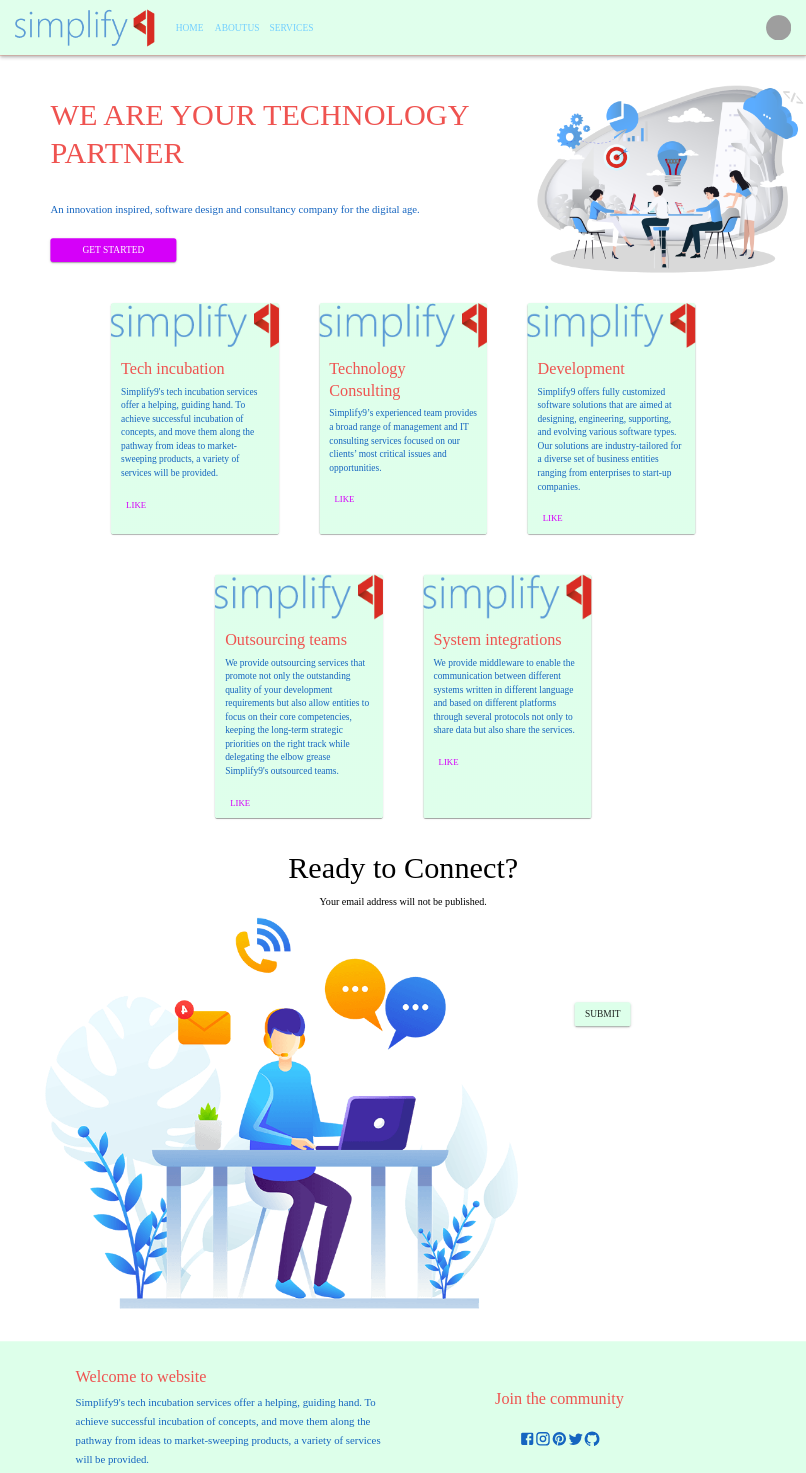
Repository: fawzi-shiyyab19/simplify
Page: /
An editor plug-in stored every save of this project. The page is shown before and after the next save, followed by the edit.
The browser window is 1280 px wide. The pictures show the whole page, at 63% of full size.
Pictures or frames that could not be fetched are drawn as grey boxes. The project was rebuilt for these pictures with package versions that can differ from the ones it lists, and the page was loaded fresh each time.

Above is the page before, as saved 2023-01-18 15:20:29.

After the next save:
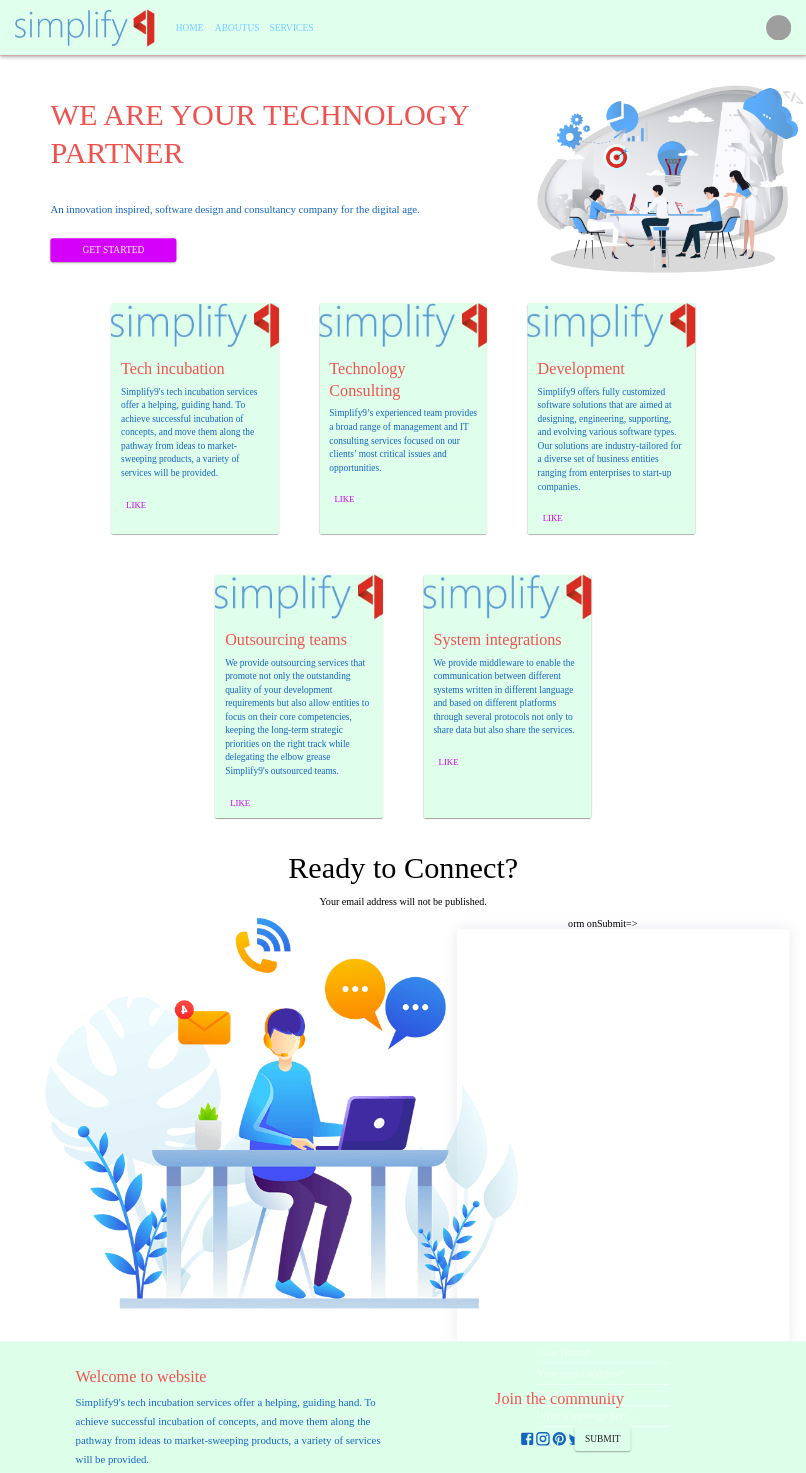
Saved 61 s later.
--- a/src/components/main/about/about.js
+++ b/src/components/main/about/about.js
@@ -60,7 +60,25 @@ function AboutProject() {
           <img src={Acontact} showLoading={true} />
         </Grid>
         <Grid item xs={5}>
+        orm onSubmit={formik.handleSubmit}>
+          <Box
 
+            width="100%"
+            height="100%"
+            boxShadow={"rgba(213, 213, 230, 0.55) 0px 0px 20px"}
+            borderRadius="5px"
+            sx={{
+              py: 2,
+              display: "grid",
+              gap: 2,
+              alignItems: "center",
+              flexWrap: "wrap",
+            }}
+            display="flex"
+            flexDirection={"column"}
+            gap="1rem"
+            padding='2rem'
+          ></Box>
 
               <Input
                 name="yourName"
